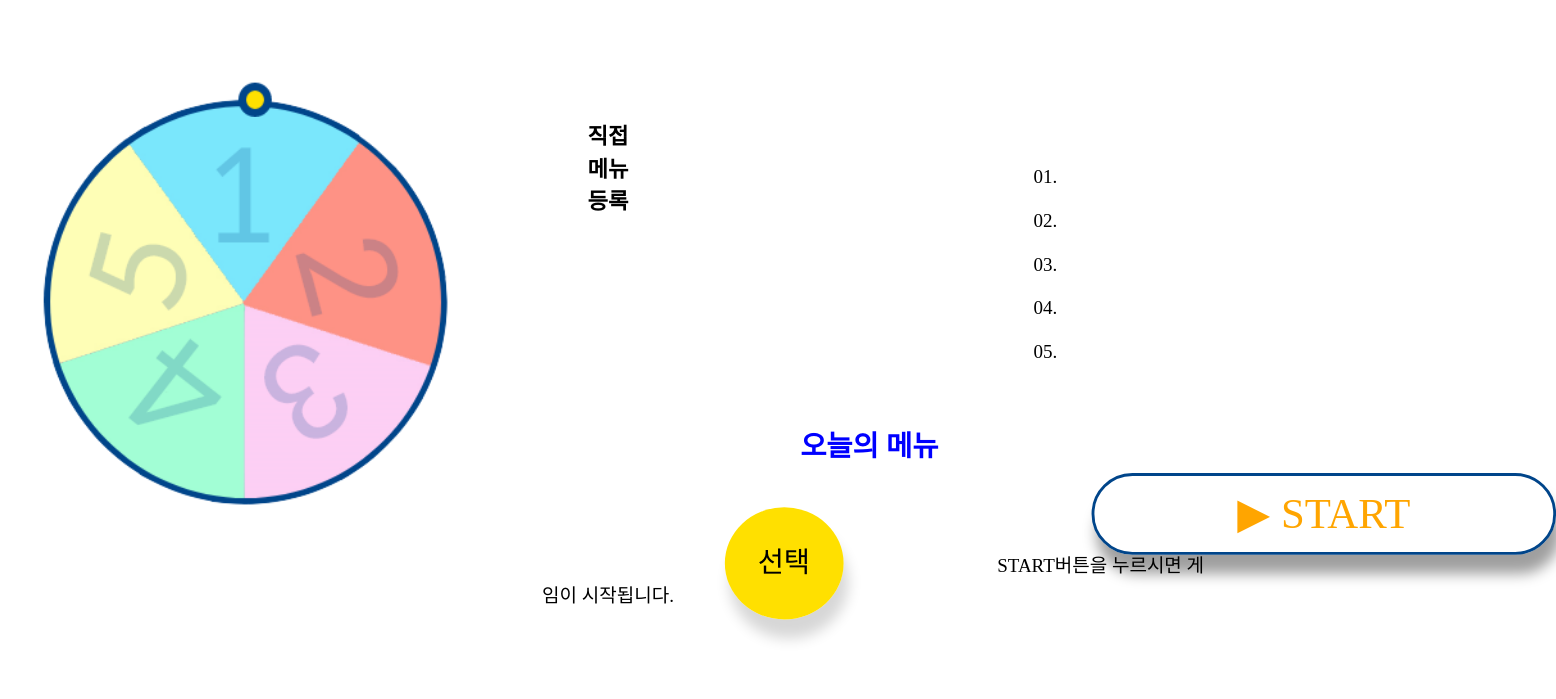
Repository: hkh00700/JustDoEat_Web
Page: http://localhost/justdoeat/WEB-INF/views/game/roulette.jsp
These files come from the project's save history. The page is drawn as it stood at one moment and after the next save; the edit follows.
The browser window is 1280 px wide. The page is 1638 px wide, so the pictures cover 1638 px, including what lies to the right of the window. The pictures show the whole page, at 95% of full size.
The page is served by Tomcat 9. Nobody is signed in. The template is opened directly, without the code that normally fills it, so the values that code supplies are empty.

Above is the page before, as saved 2021-05-19 00:00:46.

After the next save:
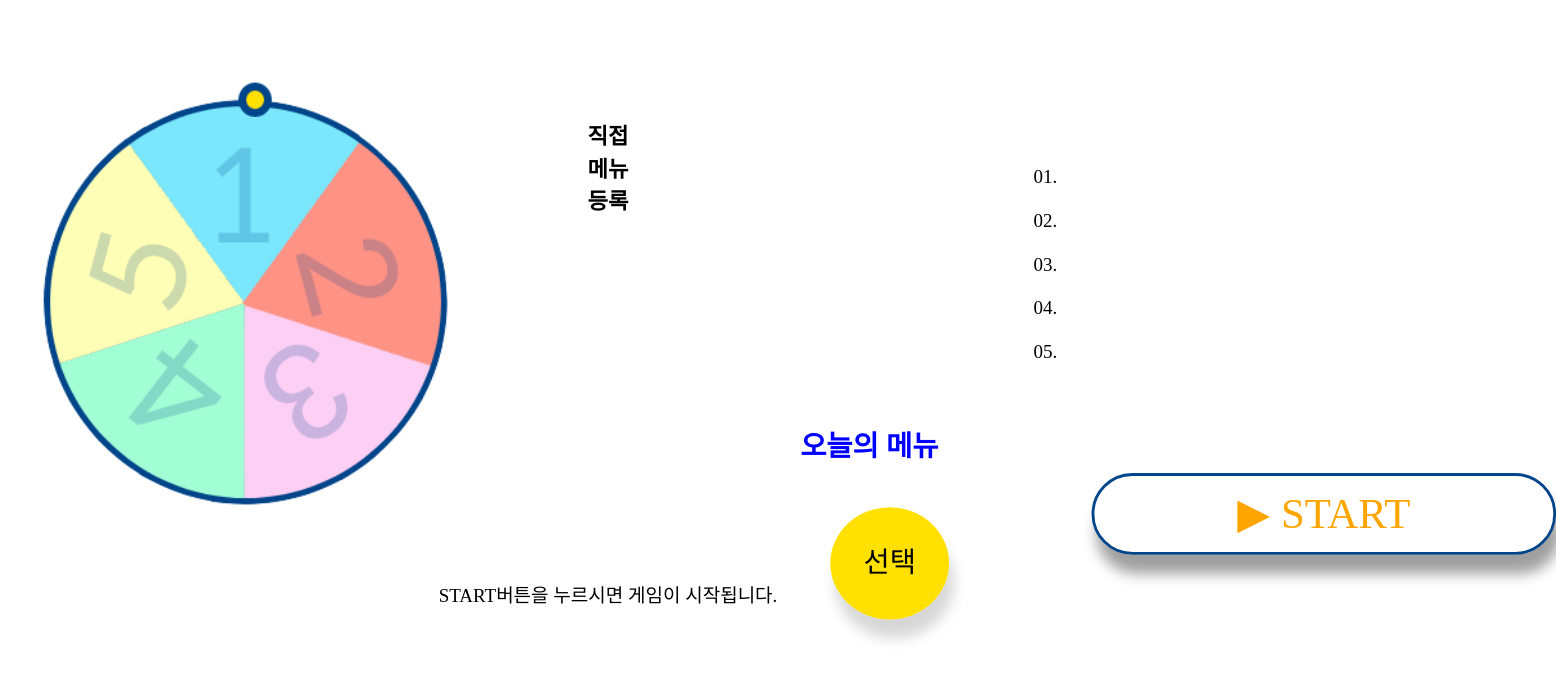
Saved 16 s later.
--- a/justdoeat/src/main/webapp/WEB-INF/views/game/roulette.jsp
+++ b/justdoeat/src/main/webapp/WEB-INF/views/game/roulette.jsp
@@ -112,7 +112,7 @@
 	<div class="content2">
 	<h2>오늘의 메뉴</h2>
 	<a>▶ START</a><img src='imgs/reset.png' alt="다시추천"/><a class='select'>선택</a>
-	START버튼을 누르시면 게임이 시작됩니다.
+	<br/>START버튼을 누르시면 게임이 시작됩니다.
 	</div>
 </div>
 </body>
